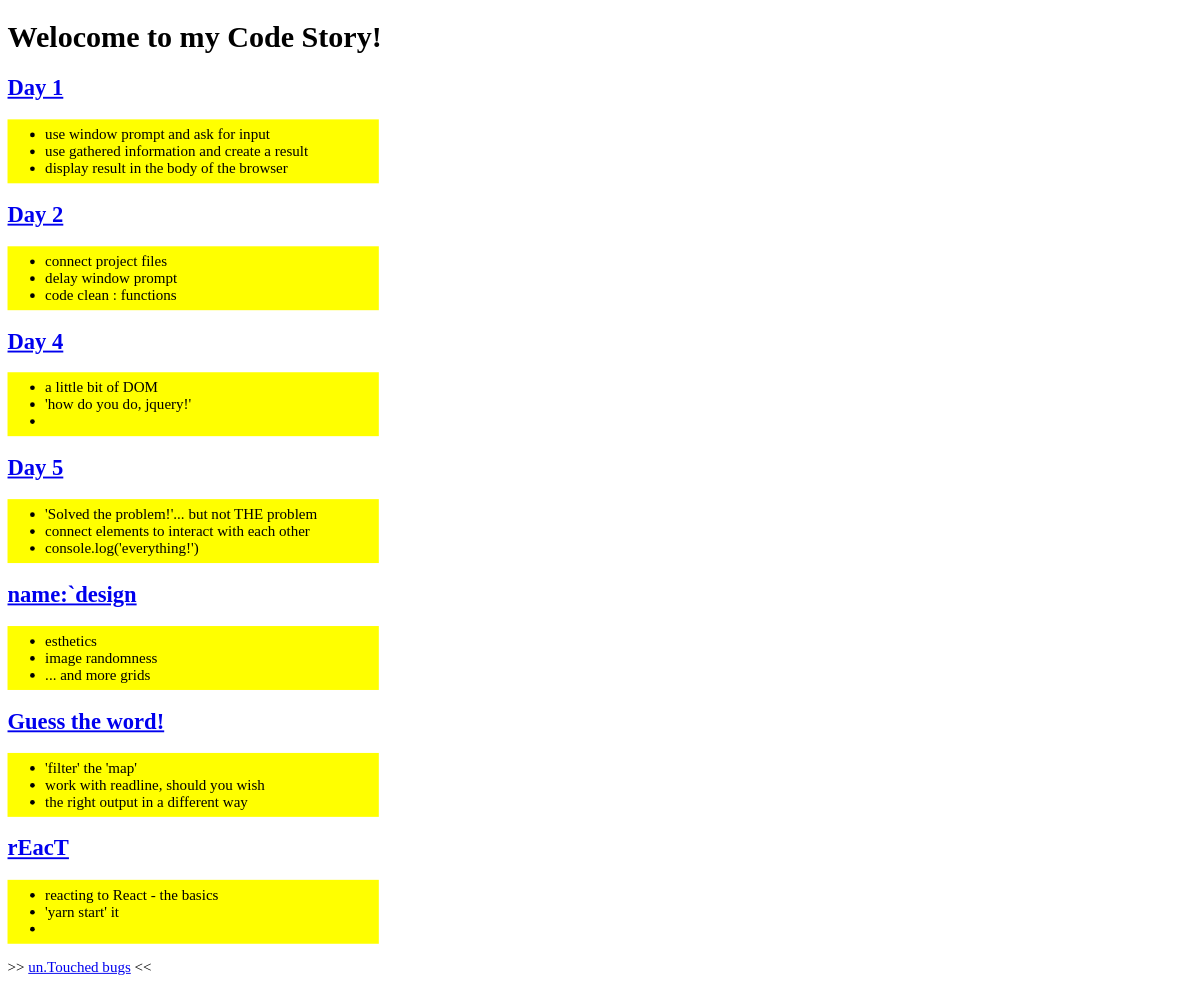
Repository: cicomsa/myCodeStory
Page: myCodeStory.html
These files come from the project's save history. The page is drawn as it stood at one moment and after the next save; the edit follows.
The browser window is 1280 px wide. The pictures show the whole page, at 94% of full size.

Above is the page before, as saved 2018-05-28 19:28:24.

After the next save:
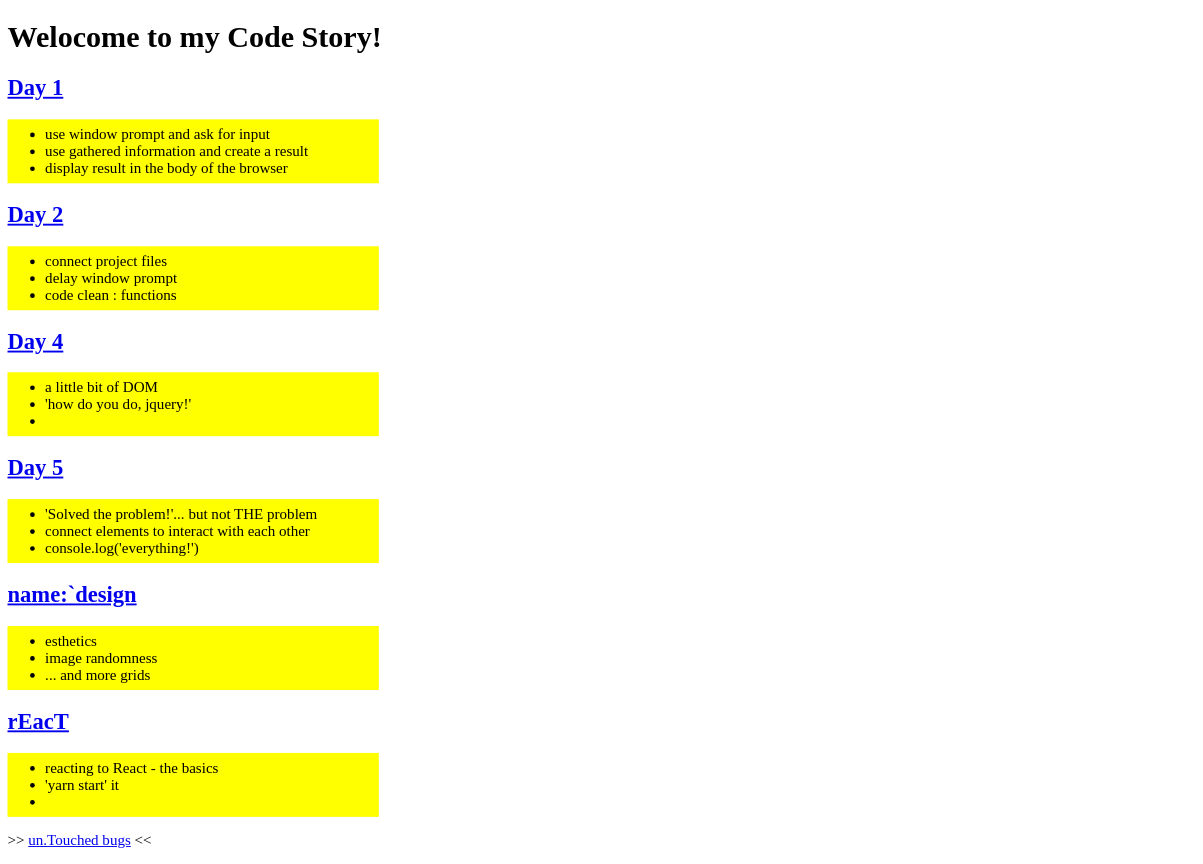
Saved 16 s later.
--- a/myCodeStory.html
+++ b/myCodeStory.html
@@ -60,15 +60,6 @@
     </ul>
   </div>
 
-  <div class="guessTheWord">
-    <h2 id="guessTheWord"><a href ='./week2/guess-the-word/guess-the-word.html' target="_blank">Guess the word!</a></h2>
-    <ul id="guessTheWord">
-      <li>'filter' the 'map'</li>
-      <li>work with readline, should you wish</li>
-      <li>the right output in a different way</li>
-    </ul>
-  </div>
-
   <div class="rEacT">
     <h2 id="rEacT"><a href ='http://localhost:3000/' target="_blank">rEacT</a></h2>
     <ul id="rEacT">
